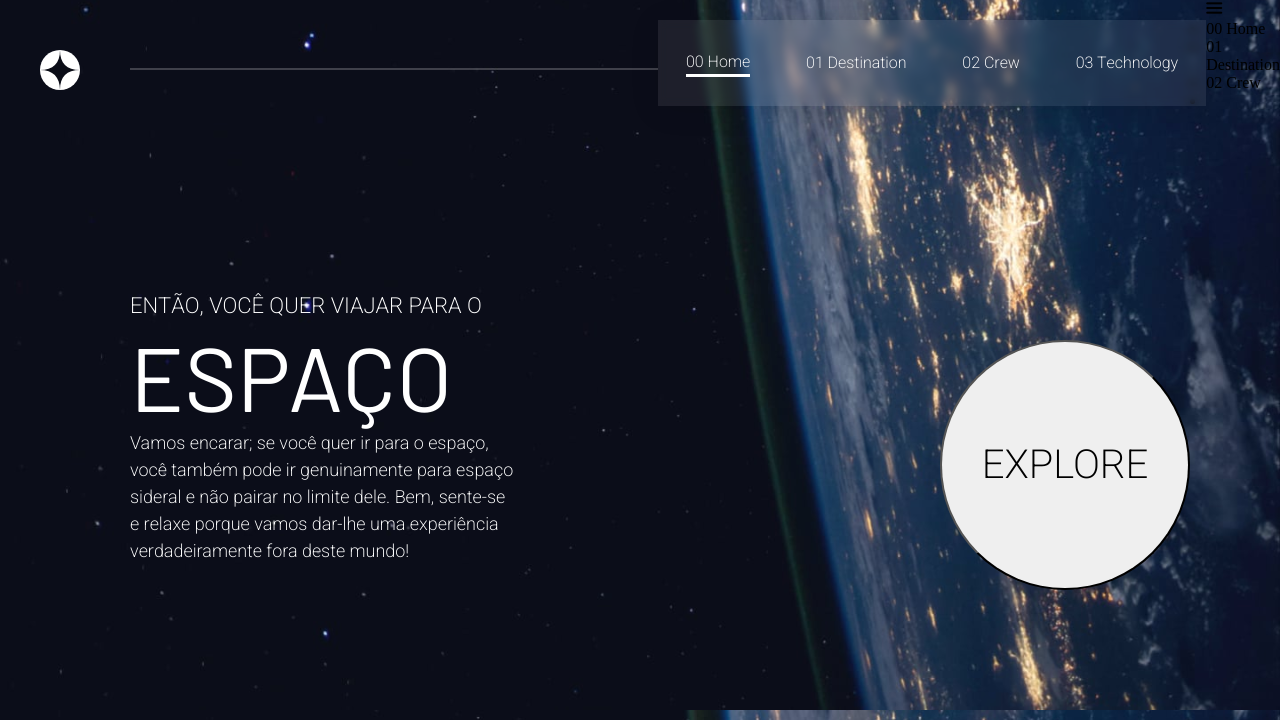
Repository: Leonngc/space-site
Page: space-tourism-website-main/space-tourism-website-main/starter-code/index.html
These files come from the project's save history. The page is drawn as it stood at one moment and after a run of saves; the edit follows.
The browser window is 1280 px wide. The pictures show the whole page.
Some web libraries are served in a nearby version.

Above is the page before, as saved 2023-04-29 16:56:20.

### space-tourism-website-main/space-tourism-website-main/starter-code/index.html
<!DOCTYPE html>
<html lang="pt-br">
<head>
  <meta charset="UTF-8">
  <meta name="viewport" content="width=device-width, initial-scale=1.0">
  <link rel="icon" type="image/png" sizes="32x32" href="./assets/favicon-32x32.png">
  <link rel="stylesheet" href="styles/menu.css">
  <link rel="stylesheet" href="styles/home.css">
  <!-- CDN FLATICON-->
  <link rel='stylesheet' href='https://cdn-uicons.flaticon.com/uicons-bold-rounded/css/uicons-bold-rounded.css'>
  <script src="script/menu.js" defer></script>
  <title>Frontend Mentor | Space tourism website</title>
</head>
<body>

  <header>
    <img src="assets/shared/logo.svg" alt="" class="logo">
    <div class="line"></div>

    <ul class="menu">
    <li class="item-menu active"><a href="#">00 Home</a></li>
    <li class="item-menu"><a href="#">01 Destination</a></li>
    <li class="item-menu"><a href="#">02 Crew</a></li>
    <li class="item-menu"><a href="#">03 Technology</a></li>
    </ul>



      <div class="mobile-container">
        <i class="fi fi-br-menu-burger"></i>

        <nav class="menu-mobile">
          <ul>
            <li class="item-mobile">00 Home</li>
            <li class="item-mobile">01 Destination</li>
            <li class="item-mobile">02 Crew</li>
            <li class="item-mobile"></li>
          </ul>
        </nav>
      </div>

  </header>

<div class="container-button">
    <button>Explore</button>
  </div>
<div class="text-box">
    <span>Então, você quer viajar para o</span>
    <h1>Espaço</h1>
    <p>
      Vamos encarar; se você quer ir para o espaço, você também pode ir genuinamente para
      espaço sideral e não pairar no limite dele. Bem, sente-se e relaxe
      porque vamos dar-lhe uma experiência verdadeiramente fora deste mundo!
    </p>
</div>



</body>
</html>

### space-tourism-website-main/space-tourism-website-main/starter-code/styles/menu.css
@import url('https://fonts.googleapis.com/css2?family=Heebo:wght@200&display=swap');

*{
    padding: 0;
    margin: 0;
}

header{
    display: flex;
    justify-content: space-between;
}

.menu{
    margin-top: 20px;
    display: flex;
    width: 90vw ;
    height: 12vh;
    position: relative;
    justify-content: space-between;
    list-style: none;
    background: rgba(255, 255, 255, 0.21);
    background: rgba(255, 255, 255, 0.08);
    box-shadow: 0 4px 30px rgba(0, 0, 0, 0.1);
    backdrop-filter: blur(5px);
    -webkit-backdrop-filter: blur(5px);
}

.item-menu{
    margin: auto;

}

.item-menu a{
    text-decoration: none;
    font-family: 'Heebo', sans-serif;
    color: white;
}

.active{
  border-bottom: 3px solid white;
}

.line{
    background-color:  rgba(255, 255, 255, 0.21);

    height: 2px;
    width: 1110px;
    margin-top: 68px;
    margin-left: 30px;
}

.logo{
    margin-top: 30px;
    margin-left: 20px;
    width: 40px;
    height: 40px;
    padding: 20px;
}

@media screen and (max-width: 900px){
    .menu{
        display: none;
    }

    .line{
        display: none;
    }

    body{
        background-image: url(../assets/home/background-home-mobile.jpg) !important;
    }

}

### space-tourism-website-main/space-tourism-website-main/starter-code/styles/home.css
@import url('https://fonts.googleapis.com/css2?family=Barlow&display=swap');
@import url('https://fonts.googleapis.com/css2?family=Heebo:wght@200&display=swap');
/*  font-family: 'Barlow', sans-serif;
    font-family: 'Heebo', sans-serif;
*/

:root{
    --title-font: 'Barlow';
    --paragraph-font: 'Heebo';
}

body{
    background-image: url(../assets/home/background-home-desktop.jpg);
    background-size: cover;
    background-position: center center;
}


.text-box{
    margin-top: 150px;
    padding: 30px;
    margin-left: 100px;
    width: 30vw;
    color: white;
}

span{
    font-family: var(--paragraph-font);
    font-size: 22px;
    text-transform: uppercase;
}

h1{
    font-family: var(--title-font);
    font-size: 90px;
    font-weight: 200;
    text-transform: uppercase;
}

p{
    font-family: var(--paragraph-font), sans-serif;
    font-size: 18px;
}

.container-button{
    float: right;
    margin-top: 230px;
    margin-right: 90px;
    margin-bottom: 30px;
}

.container-button button{
    width: 250px;
    height: 250px;
    border-radius: 50%;
    font-size: 40px;
    font-family: var(--paragraph-font);
    font-weight: 200;
    text-transform: uppercase;
}

Loaded but not shown: space-tourism-website-main/space-tourism-website-main/starter-code/script/menu.js (no stored copy; drawn as an empty file)

After the next 2 saves:
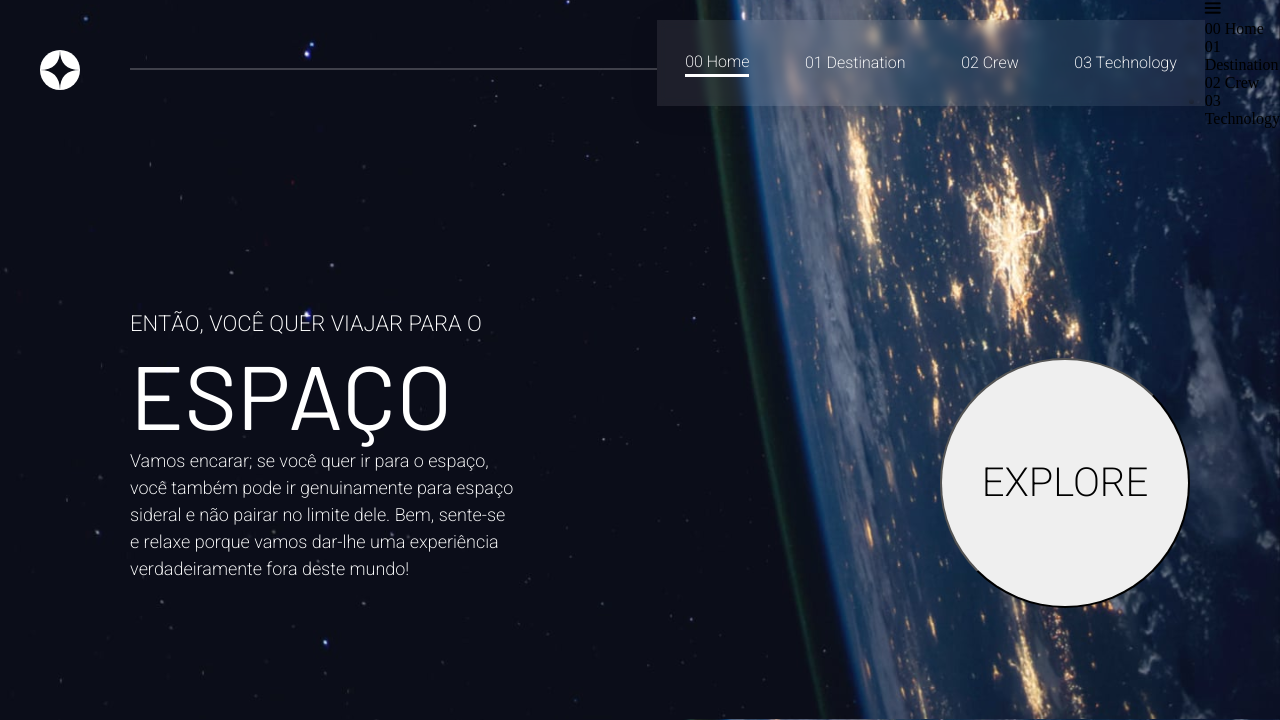
The 2 saves are shown as one change because they came seconds apart.
The last was saved 8 s later.
--- a/space-tourism-website-main/space-tourism-website-main/starter-code/index.html
+++ b/space-tourism-website-main/space-tourism-website-main/starter-code/index.html
@@ -34,7 +34,7 @@
             <li class="item-mobile">00 Home</li>
             <li class="item-mobile">01 Destination</li>
             <li class="item-mobile">02 Crew</li>
-            <li class="item-mobile"></li>
+            <li class="item-mobile">03 Technology</li>
           </ul>
         </nav>
       </div>
